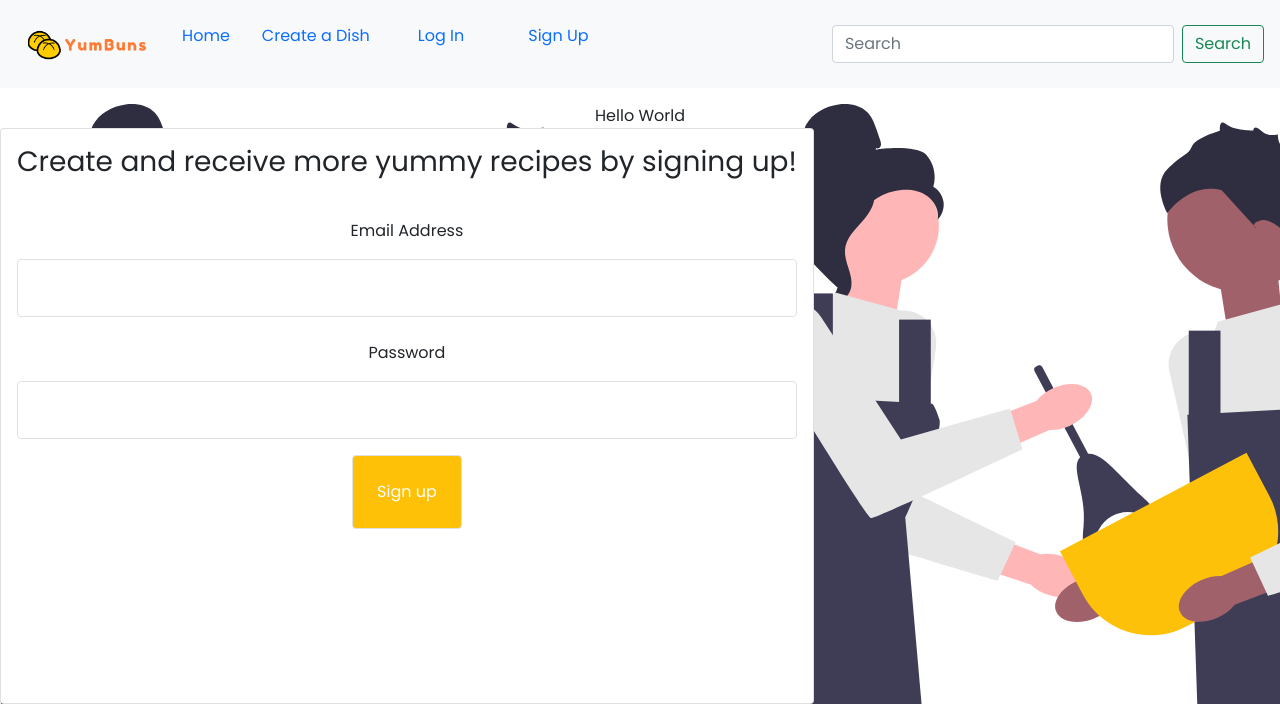
Repository: mottad14/yumBuns
Page: /signup (app in client/)
The author's editor kept a copy of each file at every save. The page is drawn from the files as they stood at one save, then again after the next save.
The browser window is 1280 px wide. The pictures show the whole page.
Some web fonts or font styles are not loaded; a fallback is used. The project was rebuilt for these pictures with package versions that can differ from the ones it lists, and the page was loaded fresh each time. Also part of the build but not shown: client/src/components/RecipePreview.js, client/src/views/Main.js, client/src/views/Login.js, client/src/views/Create.js, client/src/views/Recipe.js, client/src/components/SubscribePop.css, client/src/components/SignUp.jsx, client/src/components/SubscribePop.js.

Above is the page before, as saved 2022-07-30 10:05:12.

### client/public/index.html
<!DOCTYPE html>
<html lang="en">
  <head>
    <meta charset="utf-8" />
    <link rel="icon" href="%PUBLIC_URL%/favicon.ico" />
    <meta name="viewport" content="width=device-width, initial-scale=1" />
    <meta name="theme-color" content="#000000" />
    <meta
      name="description"
      content="Web site created using create-react-app"
    />
    <!--
      Notice the use of %PUBLIC_URL% in the tags above.
      It will be replaced with the URL of the `public` folder during the build.
      Only files inside the `public` folder can be referenced from the HTML.

      Unlike "/favicon.ico" or "favicon.ico", "%PUBLIC_URL%/favicon.ico" will
      work correctly both with client-side routing and a non-root public URL.
      Learn how to configure a non-root public URL by running `npm run build`.
    -->
    <title>Yumbuns</title>
  </head>
  <body>
    <noscript>You need to enable JavaScript to run this app.</noscript>
    <div id="root"></div>
    <!--
      This HTML file is a template.
      If you open it directly in the browser, you will see an empty page.

      You can add webfonts, meta tags, or analytics to this file.
      The build step will place the bundled scripts into the <body> tag.

      To begin the development, run `npm start` or `yarn start`.
      To create a production bundle, use `npm run build` or `yarn build`.
    -->
  </body>
</html>

### client/src/index.js
import React from 'react';
import ReactDOM from 'react-dom';
import './index.css';
import App from './App';
import reportWebVitals from './reportWebVitals';
import {BrowserRouter} from "react-router-dom";

ReactDOM.render(
    <React.StrictMode>
      <BrowserRouter>
            <App />
      </BrowserRouter>
    </React.StrictMode>,
    document.getElementById('root')
);



// If you want to start measuring performance in your app, pass a function
// to log results (for example: reportWebVitals(console.log))
// or send to an analytics endpoint. Learn more: https://bit.ly/CRA-vitals
reportWebVitals();

### client/src/App.js
import React from 'react';
import 'bootstrap/dist/css/bootstrap.min.css';
import {Switch, Route} from "react-router-dom";
import './App.css';
import NavBar from './components/NavBar';
import Main from './views/Main';
import Login from './views/Login'
import NewAccount from "./views/NewAccount"
import Create from './views/Create';
import Recipe from './views/Recipe';
import SubscribePop from './components/SubscribePop';
import {useState, useEffect} from 'react'
import { AuthContextProvider } from "./contexts/AuthContext";


function App() {
  const [timedPopup, setTimedPopup] = useState (false);

  useEffect(() => {
    setTimeout(() => {
      setTimedPopup(true)
    }, 45000)
  }, [])


  return (

    <div className="App">
      <div className="">
          <NavBar/>
          <AuthContextProvider>
              <Switch>
                <Route exact path="/">
                  <Main/>
                </Route>

                <Route exact path="/login">
                  <Login/>
                </Route>

                <Route exact path="/signup">
                  <NewAccount/>
                </Route>

                <Route path="/view/single/:_id">
                  <Recipe/>
                </Route>

                <Route exact path="/create">
                  <Create/>
                </Route>
              </Switch>

              <SubscribePop trigger={timedPopup} setTrigger={setTimedPopup}>
              </SubscribePop>
          </AuthContextProvider>


       </div>
    </div>
  );
}

export default App;

### client/src/App.css
@import url('https://fonts.googleapis.com/css2?family=BIZ+UDGothic&family=Poppins&display=swap');

.App {
  font-family: 'BIZ UDGothic', sans-serif;
  font-family: 'Poppins', sans-serif;
  z-index: 1;
  text-align: center;
}

.recipePreview{
  border: 3px solid rgb(177, 177, 177);
  min-height: 300px;
  width: 250px;
  background-color: rgb(254, 194, 10);
  border-left-style: dotted;
  border-right-style: dotted;
  border-radius: 10%;

}

.recipePreview > img{
  width: 95%;
  border-radius: 10%;
}
.recipePreview >div{
  align-items: center;

}

.Logo{
  margin-left: 10px;
  height: 30px;
}

.sticky{
  position: sticky;
  top: 0;
  z-index: 999;
  background-color: rgb(254, 194, 10);
  border: 2px solid black;
  border-radius: 25px;
}

.thumbnailBox > img{
  height: 40px;
}

.thumbnailBox > img:hover{
  height: 125px;
}

### client/src/components/NavBar.js
import React from "react";
import { Link } from "react-router-dom"
import Nav from 'react-bootstrap/Nav';
import YumBuns from "../imgs/YumBunsLogo.png"

const NavBar = (props) => {
    return(
            <nav className="navbar navbar-expand-lg bg-light mb-3">
                <Link className="navbar-brand mx-3" to="/">  <img className="Logo" src={YumBuns} alt="Logo" /> </Link>

                <div className="collapse navbar-collapse" id="navbarSupportedContent">
                <ul className="navbar-nav me-auto mb-2 mb-lg-0">
                    <li className="nav-item">
                    <Nav.Link> <Link className="nav-link btn-outline-warning" aria-current="page" to="/">Home</Link> </Nav.Link>
                    </li>
                    <li className="nav-item">
                    <Nav.Link> <Link className="nav-link btn-outline-warning" to="/create">Create a Dish</Link> </Nav.Link>
                    </li>
                    <li className="nav-item">
                    <Nav.Link> <Link className="nav-link d-flex mx-3 btn-outline-warning" to="/login"> Log In</Link> </Nav.Link>
                    </li>
                    <li className="nav-item">
                    <Nav.Link>  <Link className="nav-link d-flex mx-3 btn-outline-warning" to="/signup">    <p onClick={() => props.setTrigger(true)}> Sign Up </p>    </Link> </Nav.Link>
                    </li>
                </ul>
                <form className="d-flex mx-3" role="search">
                    <input className="form-control me-2" type="search" placeholder="Search" aria-label="Search" />
                    <button className="btn btn-outline-success" type="submit">Search</button>
                </form>
            </div>
            </nav>
    )
}

export default NavBar;

### client/src/views/NewAccount.js
import React, { useState } from 'react'
import { Link, useHistory } from 'react-router-dom'
import {Form, Button, Card, Alert} from "react-bootstrap"
import { UserAuth } from '../contexts/AuthContext'
import cooking from "../imgs/cooking.svg"

const Signup = () => {

  const [email, setEmail] = useState('')
  const [password, setPassword] = useState('')
  const [error, setError] = useState('')

  const history = useHistory();
  const {createUser} = UserAuth();

  const handleSubmit = async(e) => {
    e.preventDefault();
    setError('')
    try{
      await createUser(email, password)
      history.push("/");
    } catch(e) {
      setError(e.message)
      console.log(e.message)
    }
  }

  return (
      <div style={{ backgroundImage: `url(${cooking})` }}>
        Hello World
    <div style={{ display: 'flex',
        height: '80vh'}}>
    <Card>
      <Card.Body>
          <h3 className='text-center mb-4'> Create and receive more yummy recipes by signing up!</h3>
            {error && <Alert variant="danger"> {error} </Alert>}

      <Form onSubmit={handleSubmit}>
          <Form.Group className='flex flex-col py-2'>
            <Form.Label className='py-2 font-medium' htmlFor=""> Email Address</Form.Label>
            <Form.Control onChange={(e)=> setEmail(e.target.value)} className='border p-3' type="email"/>
          </Form.Group>

          <Form.Group className='flex flex-col py-2'>
            <Form.Label className='py-2 font-medium' htmlFor=""> Password</Form.Label>
            <Form.Control onChange={(e)=> setPassword(e.target.value)} className='border p-3' type="password"/>
          </Form.Group>

          <Button variant="warning" className='border border-blue-500 bg-yellow-600 hover:bg-blue-500 w-full p-4 my-2 text-white'>Sign up</Button>
      </Form>


      </Card.Body>
    </Card>
    </div>
    </div>
  )
}

export default Signup

### client/src/contexts/AuthContext.js
import { createContext, useContext, useEffect, useState } from "react";
import {createUserWithEmailAndPassword,
    signInWithEmailAndPassword,
    signOut,
    onAuthStateChanged}
    from "firebase/auth"
import { auth } from "../firebase";

const UserContext = createContext();

export const AuthContextProvider = ({children}) => {
    const [user, setUser] = useState({})

    const createUser = (email, password) => {
        return (createUserWithEmailAndPassword(auth, email, password))
    }

    const signIn = (email, password) => {
        return signInWithEmailAndPassword(auth, email, password)
    }

    const logout = () =>{
        return signOut(auth);
    }

    useEffect (() => {
        const unsubscribe = onAuthStateChanged(auth, (currentUser) => {
            console.log(currentUser)
            setUser(currentUser)
        })
        return (() => {
            unsubscribe()
        })
    }, [])

    return (
        <UserContext.Provider value={{ createUser, user, signIn, logout }}>
            {children}
        </UserContext.Provider>
    )
}

export const UserAuth = () =>{
    return useContext(UserContext)
}

### client/src/firebase.js
// Import the functions you need from the SDKs you need
import { initializeApp } from "firebase/app";
import { getAuth } from "firebase/auth";
// TODO: Add SDKs for Firebase products that you want to use
// https://firebase.google.com/docs/web/setup#available-libraries

// Your web app's Firebase configuration
console.log(`The current api key is: ${process.env.REACT_APP_FIREBASE_API_KEY}`)
const firebaseConfig = {
  apiKey: process.env.REACT_APP_FIREBASE_API_KEY,
  authDomain: process.env.REACT_APP_FIREBASE_AUTH_DOMAIN,
  projectId: process.env.REACT_APP_FIREBASE_PROJECT_ID,
  storageBucket: process.env.REACT_APP_FIREBASE_STORAGE_BUCKET,
  messagingSenderId: process.env.REACT_APP_FIREBASE_MESSAGING_SENDER_ID,
  appId: process.env.REACT_APP_FIREBASE_APP_ID,
  measurementId: process.env.REACT_APP_FIREBASE_MEASUREMENT_ID
};

// Initialize Firebase
const app = initializeApp(firebaseConfig);
export const auth = getAuth(app);
export default app;

Loaded but not shown: client/src/index.css (common file); client/src/reportWebVitals.js (common file)

After the next save:
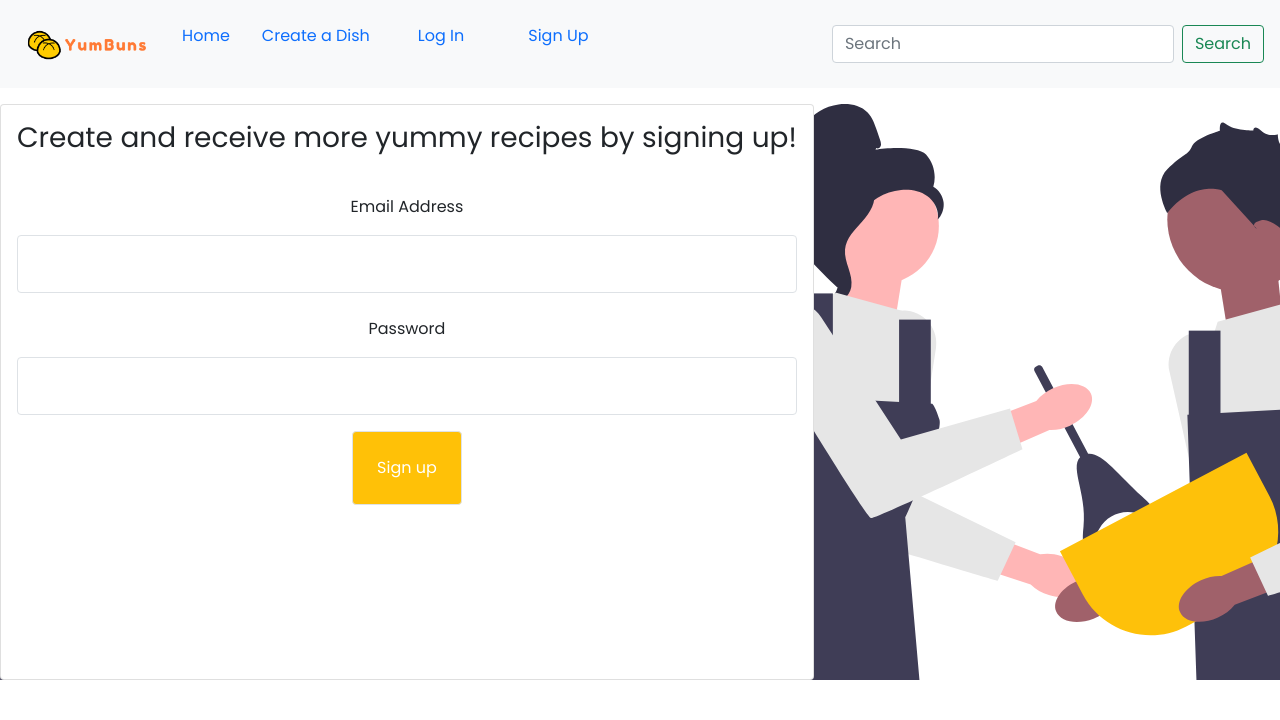
Saved 6 s later.
--- a/client/src/views/NewAccount.js
+++ b/client/src/views/NewAccount.js
@@ -27,7 +27,6 @@ const Signup = () => {
 
   return (
       <div style={{ backgroundImage: `url(${cooking})` }}>
-        Hello World
     <div style={{ display: 'flex',
         height: '80vh'}}>
     <Card>
